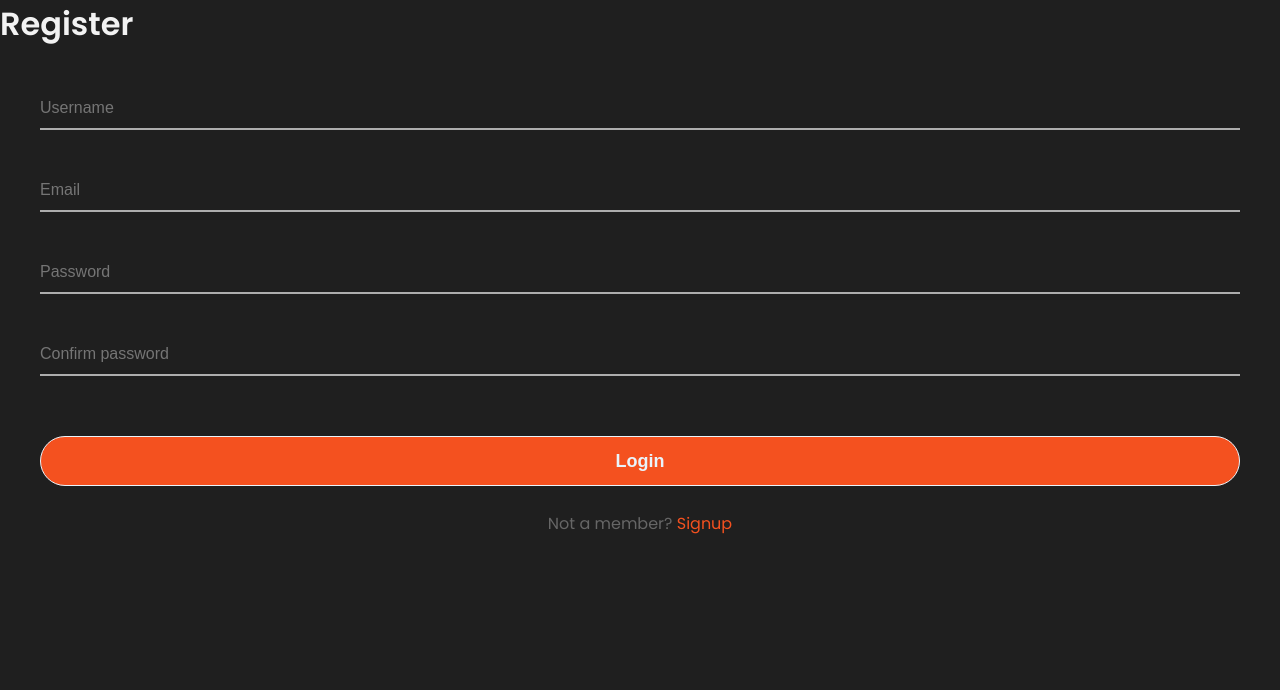
Repository: long5122000/Shopc
Page: register.html
These files come from the project's save history. The page is drawn as it stood at one moment and after the next save; the edit follows.
The browser window is 1280 px wide. The pictures show the whole page.
The style sheet was rebuilt from its Sass, Less or Tailwind sources for each picture, by a compiler version that may differ from the author's.

Above is the page before, as saved 2021-11-30 21:25:55.

### register.html
<!DOCTYPE html>
<html lang="en">
  <head>
    <meta charset="UTF-8" />
    <meta http-equiv="X-UA-Compatible" content="IE=edge" />
    <meta name="viewport" content="width=device-width, initial-scale=1.0" />
    <title>Document</title>
    <link rel="stylesheet" href="./css/app.css" />
  </head>
  <body>
    <div class="container-ds">
      <h1>Register</h1>
      <form>
        <div class="form-control">
          <input type="text" id="username" placeholder="Username" />
          <span></span>
          <small></small>
        </div>
        <div class="form-control">
          <input type="email" id="email" placeholder="Email" />
          <span></span>
          <small></small>
        </div>
        <div class="form-control">
          <input type="password" id="password" placeholder="Password" />
          <span></span>
          <small></small>
        </div>
        <div class="form-control">
          <input
            type="password"
            id="password2"
            placeholder="Confirm password"
          />
          <span></span>
          <small></small>
        </div>
        <input type="submit" value="Login" />
        <div class="signup_link">Not a member? <a href="#">Signup</a></div>
      </form>
    </div>
  </body>
</html>

### sass/app.scss
@import "variables";
@import "reset";
@import "mixin";
@import "base";
@import "header";
@import "cart";
@import "search";
@import "info";
@import "home";
@import "category";
@import "about";
@import "hot";
@import "discount";
@import "new";
@import "newsletter";
@import "footer";
@import "modal";
@import "scroll";
@import "register";
@import "login";
@import "breakpoints";

### sass/_variables.scss
@import url("https://fonts.googleapis.com/css2?family=Poppins:wght@400;500;600;900&display=swap");
:root {
  --header-height: 3.5rem;
  /* Colors */
  --hue: 14;
  --first-color: hsl(var(--hue), 91%, 54%);
  --menu-color: hsl(31, 76%, 74%);
  --button-color: hsl(0, 0%, 24%);
  --button-color-alt: hsl(0, 0%, 28%);
  --title-color: hsl(0, 0%, 95%);
  --text-color: hsl(0, 0%, 75%);
  --body-color: hsl(0, 0%, 12%);
  --container-color: hsl(0, 0%, 16%);
  --border-color: hsl(0, 0%, 20%);
  --border-color: hsl(0, 0%, 94%);
  --dark1: #3e363f;
  --dark2: #212527;
  --light1: #fffce8;
  --light2: #edf7f6;
  --red: #df4747;
  --green: #47df5b;
  --transition250: all 250ms ease-in-out;
  --transition500: all 500ms ease-in-out;
  /* Font and typography */
  --body-font: "Poppins", sans-serif;
  --biggest-font-size: 2rem;
  --h1-font-size: 1.5rem;
  --h2-font-size: 1.25rem;
  --h3-font-size: 1rem;
  --normal-font-size: 0.938rem;
  --small-font-size: 0.813rem;
  /* font weight */
  --font-medium: 500;
  --font-semi-bold: 600;
  --font-black: 900;
  /* margenes bottom */
  --mb-0-25: 0.25rem;
  --mb-0-5: 0.5rem;
  --mb-0-75: 0.75rem;
  --mb-1: 1rem;
  --mb-1-5: 1.5rem;
  --mb-2: 2rem;
  --mb-2-5: 2.5rem;
  /* z-index */
  --z-tooltip: 10;
  --z-fixed: 100;

  @media screen and (min-width: 992px) {
    --biggest-font-size: 4rem;
    --h1-font-size: 2.25rem;
    --h2-font-size: 1.5rem;
    --h3-font-size: 1.25rem;
    --normal-font-size: 1rem;
    --small-font-size: 0.875rem;
    --smaller-font-size: 0.813rem;
  }
}

/*=============== GOOGLE FONTS ===============*/

### sass/_reset.scss
html {
  box-sizing: border-box;
}
* {
  margin: 0;
  padding: 0;
}
*,
*:before,
*:after {
  box-sizing: border-box;
}
input,
textarea,
select,
button {
  outline: none;
  border: none;
}
input {
  line-height: normal;
}
label,
button {
  cursor: pointer;
}
a {
  text-decoration: none;
}
img {
  display: block;
  max-width: 100%;
}

### sass/_mixin.scss
@mixin flex(
  $align: flex-start,
  $justify: flex-start,
  $wrap: nowrap,
  $dir: row
) {
  display: flex;
  justify-content: $justify;
  align-items: $align;
  flex-wrap: $wrap;
  flex-direction: $dir;
}
@mixin maxw($breakpoint) {
  @media screen and (max-width: $breakpoint) {
    @content;
  }
}
@mixin minw($breakpoint) {
  @media screen and (min-width: $breakpoint) {
    @content;
  }
}
@mixin center {
  display: flex;
  justify-content: center;
  align-items: center;
}

### sass/_base.scss
* {
  box-sizing: border-box;
  padding: 0;
  margin: 0;
}
html {
  scroll-behavior: smooth;
}
body {
  margin: var(--header-height) 0 0 0;
  font-family: var(--body-font);
  font-size: var(--normal-font-size);
  background: var(--body-color);
  color: var(--text-color);
}
h1,
h2,
h3,
h4 {
  color: var(--title-color);
  font-weight: var(--font-semi-bold);
}
ul {
  list-style: none;
}
.section {
  padding: 4.5rem 0 2rem;
}
.section__title {
  font-size: var(--h2-font-size);
  margin-bottom: var(--mb2);
  text-align: center;
}
.container {
  max-width: 1240px;
  margin-left: var(--mb-1-5);
  margin-right: var(--mb-1-5);
}
.grid {
  display: grid;
}
.main {
  overflow: hidden;
}
::-webkit-scrollbar {
  width: 0.6rem;
  background: #413e3e;
}
::-webkit-scrollbar-thumb {
  background: #272525;
  border-radius: 0.5rem;
}
.button {
  display: inline-block;
  background-color: var(--first-color);
  color: var(--title-color);
  padding: 1rem 1.75rem;
  border-radius: 0.5rem;
  font-weight: var(--font-medium);
  transition: 0.3s;
  &:hover {
    background-color: var(--first-color-alt);
  }
  &--ghost {
    border: 2px solid;
    background-color: transparent;
    border-radius: 3rem;
    padding: 0.75rem 1.5rem;
    &:hover {
      background: none;
    }
  }
  &__icon {
    font-size: 1.25rem;
  }
  &--link {
    color: var(--title-color);
  }
  &--flex {
    display: inline-flex;
    align-items: center;
    column-gap: 0.5rem;
  }
}

### sass/_header.scss
.header {
  width: 100%;
  background: var(--body-color);
  position: fixed;
  top: 0;
  left: 0;
  z-index: var(--z-fixed);
}
.nav {
  height: var(--header-height);
  @include flex(center, space-between);
  &__logo {
    @include flex(center);
    column-gap: 0.5rem;
    font-weight: var(--font-medium);
    &-img {
      width: 1.25rem;
    }
  }
  &__link,
  &__logo,
  &__toggle,
  &__close {
    color: var(--title-color);
  }
  &__toggle {
    font-size: 1.25rem;
    cursor: pointer;
  }
  @include maxw(767px) {
    &__menu {
      position: fixed;
      width: 100%;
      background: var(--container-color);
      top: -150%;
      left: 0;
      padding: 3.5rem 0;
      transition: 0.4s;
      z-index: var(--z-fixed);
      border-radius: 0 0 1.5rem 1.5rem;
    }
  }
  &__img {
    width: 100px;
    position: absolute;
    top: 0;
    left: 0;
  }
  &__close {
    font-size: 1.8rem;
    position: absolute;
    top: 0.5rem;
    right: 0.7rem;
    cursor: pointer;
  }
  &__list {
    @include flex(center, flex-start, nowrap, column);
    row-gap: 1.5rem;
  }
  &__link {
    text-transform: uppercase;
    font-weight: var(--font-black);
    transition: 0.4;
    &:hover {
      color: var(--text-color);
    }
  }
  &__btns {
    display: flex;
    font-size: var(--h2-font-size);
    gap: 0 20px;
  }
  &__shop {
    font-size: 1.25rem;
    cursor: pointer;
  }
}

.show-menu {
  top: 0;
}

.active {
  &-link {
    position: relative;
    &::before {
      content: "";
      position: absolute;
      bottom: -0.75rem;
      left: 45%;
      width: 5px;
      height: 5px;
      background-color: var(--title-color);
      border-radius: 50%;
    }
  }
}

### sass/_cart.scss
/*=============== CART ===============*/
.cart {
  position: fixed;
  background-color: rgb(59, 59, 59);
  z-index: var(--z-fixed);
  width: 100%;
  height: 100%;
  top: 0;
  right: -100%;
  padding: 3.5rem 2rem;
  transition: 0.4s;
  overflow-y: scroll;

  &__title-center {
    font-size: var(--h2-font-size);
    text-align: center;
    margin-bottom: var(--mb-3);
  }

  &__close {
    font-size: 2rem;
    color: var(--title-color);
    position: absolute;
    top: 1.25rem;
    right: 0.9rem;
    cursor: pointer;
  }

  &__container {
    display: grid;
    row-gap: 1.5rem;
  }

  &__card {
    display: flex;
    align-items: center;
    column-gap: 1rem;
  }
  &__box {
    background-color: var(--container-color);
    padding: 0.75rem 1.25rem;
    border: 1px solid #5c5c5c;
  }
  &__img {
    width: 50px;
  }
  &__title {
    font-size: var(--normal-font-size);
    margin-bottom: 0.5rem;
  }
  &__price {
    display: block;
    font-size: var(--small-font-size);
    color: var(--menu-color);
    margin-bottom: var(--mb-1-5);
  }
  &__amount,
  &__amount-content {
    display: flex;
    align-items: center;
  }
  &__amount {
    column-gap: 3rem;

    &-content {
      column-gap: 1rem;
    }
    &-box {
      display: inline-flex;
      padding: 0.25rem;
      background-color: var(--container-color);
      border: 1px solid var(--border-color);
      cursor: pointer;
    }
    &-trash {
      font-size: 1.15rem;
      color: var(--menu-color);
      cursor: pointer;
    }
  }
  &__prices {
    margin-top: 6rem;
    display: flex;
    justify-content: space-between;

    &-item,
    &-total {
      color: var(--title-color);
    }
    &-item {
      font-size: var(--small-font-size);
    }
    &-total {
      font-size: var(--h3-font-size);
      font-weight: var(--font-medium);
    }
  }
  &::-webkit-scrollbar {
    display: none;
  }
}

/* Show cart */
.show-cart {
  right: 0;
}

### sass/_search.scss
.search-box {
  width: 1px;
  height: 30px;
  background-color: rgb(88, 88, 88);
  position: relative;

  transition: all 0.5s ease;
  border-radius: 15px;
}

.search-box.open {
  width: 220px;
}

.search-input {
  width: 100%;
  height: 100%;
  border: none;
  box-shadow: none;
  background: transparent;
  color: #fff;
  padding: 20px 20px;
  font-size: 20px;
}

.search-btn {
  color: rgba(191, 191, 191);
  outline: none;
  border: none;

  position: absolute;
  right: -0;
  top: 0;
  cursor: pointer;
  font-size: 25px;
  background-color: transparent;
}

### sass/_info.scss
.info {
  position: fixed;
  background-color: rgb(59, 59, 59);
  z-index: var(--z-fixed);
  width: 100%;
  height: 100%;
  top: 0;
  right: -100%;
  padding: 5.5rem 1rem;
  transition: 0.4s;
  overflow-y: scroll;
  &__close {
    font-size: 2rem;
    color: var(--title-color);
    position: absolute;
    top: 1.25rem;
    right: 0.9rem;
    cursor: pointer;
  }
}
.show-info {
  right: 0;
}

### sass/_home.scss
.home {
  &__content {
    row-gap: 1rem;
  }
  &__group {
    display: grid;
    position: relative;
    padding-top: 2rem;
  }
  &__image {
    height: 250px;
    justify-self: center;
  }
  &__indicator {
    width: 8px;
    height: 8px;
    background-color: var(--title-color);
    border-radius: 50%;
    position: absolute;
    top: 7rem;
    right: 2rem;
    &::after {
      content: "";
      position: absolute;
      width: 1px;
      height: 48px;
      background-color: var(--title-color);
      top: -3rem;
      right: 45%;
    }
  }
  &__details {
    &-img {
      position: absolute;
      right: 0.5rem;
    }
    &-title,
    &-subtitle {
      display: block;
      font-size: var(--small-font-size);
      text-align: right;
    }
  }
  &__subtitle {
    font-size: var(--h3-font-size);
    text-transform: uppercase;
    margin-bottom: var(--mb-1);
  }
  &__title {
    font-size: var(--biggest-font-size);
    font-weight: var(--font-black);
    line-height: 109%;
    margin-bottom: var(--mb-1);
  }
  &__description {
    margin-bottom: var(--mb-1);
  }
  &__buttons {
    @include flex(center, space-between);
  }
}

.swiper {
  &-pagination {
    position: initial;
    margin-top: var(--mb-1);
    &-bullet {
      width: 5px;
      height: 5px;
      background-color: var(--title-color);
      opacity: 1;
    }
  }
}
.swiper-pagination-horizontal.swiper-pagination-bullets .swiper-pagination-bullet {
  margin: 0 0.5rem;
}
.swiper-pagination-bullet-active {
  width: 1.5rem;
  height: 5px;
  border-radius: 0.5rem;
}

### sass/_category.scss
.category {
  &__container {
    grid-template-columns: repeat(2, 1fr);
    gap: 1rem 2rem;
  }
  &__data {
    text-align: center;
  }
  &__image {
    width: 120px;
    margin: 0 auto;
    transition: 0.3s;
  }
  &__title {
    margin-bottom: var(--mb-0-25);
  }
  &__data:hover {
    .category {
      &__image {
        transform: translateY(-0.5rem);
      }
    }
  }
}
.scroll {
  &-header {
    background: var(--container-color);
  }
}

### sass/_about.scss
.about {
  &__container {
    row-gap: 2rem;
  }
  &__data {
    text-align: center;
  }
  &__description {
    margin-bottom: var(--mb-2);
  }
  &__image {
    width: 200px;
    justify-self: center;
  }
}

### sass/_hot.scss
.hot {
  &__container {
    grid-template-columns: repeat(2, 1fr);
    gap: 1.5rem;
    padding: 1rem;
  }
  &__content {
    position: relative;
    background: var(--container-color);
    border-radius: 1rem;
    padding: 1.5rem 0 1rem 0;
    text-align: center;
    overflow: hidden;

    &:hover .hot__image {
      transform: translateY(-0.5rem);
    }
    &:hover .hot__button {
      right: 0;
    }
  }
  &__image {
    width: 90px;
    transition: 0.3s;
    margin: 0 auto;
  }
  &__subtitle,
  &__price {
    display: block;
  }
  &__subtitle {
    font-size: var(--smaller-font-size);
    margin-bottom: var(--mb-0-5);
  }
  &__title,
  &__price {
    color: var(--title-color);
    font-weight: var(--font-medium);
    font-size: var(--normal-font-size);
  }
  &__button {
    display: flex;
    flex-direction: column;
    gap: 5px 0;
    padding: 0.5rem;
    border-radius: 0.25rem 0.25rem 0.75rem 0.25rem;
    position: absolute;
    right: -3rem;
    bottom: 0;
  }
  &__icon {
    font-size: 1.25rem;
    color: var(--title-color);
    &--bt {
      border-bottom: 1px solid gray;
      padding-bottom: 4px;
    }
    &:hover {
      color: var(--first-color);
    }
  }
}

### sass/_discount.scss
.discount {
  &__container {
    background: var(--container-color);
    border-radius: 1rem;
    padding: 2.5rem 0 1.5rem;
    row-gap: 0.75rem;
  }
  &__data {
    text-align: center;
  }
  &__title {
    font-size: var(--h2-font-size);
    margin-bottom: var(--mb-2);
  }
  &__image {
    width: 200px;
    justify-self: center;
  }
}

### sass/_new.scss
.new {
  &__container {
    padding-top: 1rem;
  }
  &__image {
    width: 120px;
    height: 120px;
    transition: 0.3s;
    margin: 0 auto;
    margin-bottom: var(--mb-0-5);
  }
  &__content {
    position: relative;
    background: var(--container-color);
    width: 242px;
    padding: 2rem 0 1.5rem 0;
    border-radius: 0.75rem;
    text-align: center;
    overflow: hidden;

    &:hover .new__image {
      transform: translateY(-0.5rem);
    }
    &:hover .new__button {
      right: 0;
    }
  }
  &__tag {
    position: absolute;
    top: 8%;
    left: 8%;
    background-color: var(--first-color);
    color: var(--title-color);
    font-size: var(--small-font-size);
    padding: 0.25rem 0.5rem;
    border-radius: 0.25rem;
  }
  &__title {
    font-size: var(--normal-font-size);
    font-weight: var(--font-medium);
  }
  &__subtitle {
    display: block;
    font-size: (--small-font-size);
    margin-bottom: var(--mb-0-5);
  }
  &__prices {
    display: inline-flex;
    align-items: center;
    column-gap: 0.5rem;
  }
  &__price {
    font-weight: var(--font-medium);
    color: var(--title-color);
  }
  &__discount {
    color: var(--first-color);
    font-size: var(--small-font-size);
    text-decoration: line-through;
    font-weight: var(--font-medium);
  }
  &__button {
    display: flex;
    flex-direction: column;
    gap: 5px 0;
    padding: 0.5rem;
    border-radius: 0.25rem 0.25rem 0.75rem 0.25rem;
    position: absolute;
    bottom: 0;
    right: -3rem;
  }

  &__icon {
    font-size: 1.25rem;
    color: var(--title-color);
    &--bt {
      border-bottom: 1px solid gray;
      padding-bottom: 4px;
    }
    &:hover {
      color: var(--first-color);
    }
  }
}

### sass/_newsletter.scss
.newsletter {
  &__description {
    text-align: center;
    margin-bottom: var(--mb-1-5);
  }
  &__form {
    background: var(--container-color);
    padding: 1rem;
    @include flex(center, space-between);
    // display: flex;
    // justify-content: space-between;
    border-radius: 0.75rem;
  }
  &__input {
    width: 70%;
    padding: 0 0.5rem;
    background: none;
    color: var(--title-color);
    &::placeholder {
      color: var(--text-color);
    }
  }
}

### sass/_footer.scss
.footer {
  position: relative;
  overflow: hidden;
  &__image {
    &-one,
    &-two {
      position: absolute;
      transition: 0.3s;
      &:hover {
        transform: translateY(-0.5rem);
      }
    }
    &-one {
      width: 100px;
      top: 6rem;
      right: -2rem;
    }
    &-two {
      width: 150px;
      bottom: 4rem;
      right: 4rem;
    }
  }
  &__container {
    row-gap: 2rem;
  }
  &__logo {
    @include flex(center);
    column-gap: 0.5rem;
    margin-bottom: var(--mb-1);
    font-weight: var(--font-medium);
    color: var(--title-color);
    &-image {
      width: 20px;
    }
  }
  &__description {
    margin-bottom: var(--mb-2-5);
  }
  &__social {
    display: flex;
    column-gap: 0.75rem;
    &-link {
      display: inline-flex;
      background: var(--container-color);
      padding: 0.25rem;
      border-radius: 0.25rem;
      color: var(--title-color);
      font-size: 1rem;
      &:hover {
        background: var(--body-color);
      }
    }
  }
  &__title {
    font-size: var(--h3-font-size);
    margin-bottom: var(--mb-1);
  }
  &__links {
    display: grid;
    row-gap: 0.35rem;
  }
  &__link {
    font-size: var(--small-font-size);
    color: var(--text-color);
    transition: 0.3s;
    &:hover {
      color: var(--title-color);
    }
  }
  &__copy {
    display: block;
    text-align: center;
    font-size: var(--smaller-font-size);
    margin-top: 4.5rem;
  }
}

### sass/_modal.scss
.modal {
  position: fixed;
  top: 0;
  height: 100%;
  width: 100%;
  background: var(--container-color);
  transition: var(--transition250);
  opacity: 0;
  visibility: hidden;
  z-index: 100;
  border-radius: 8px;
  &__main {
    display: grid;
    grid-template-columns: 1fr;
    padding: 0 10px;
  }
  &__image {
    height: 100%;
    width: 100%;
    margin-top: var(--mb-2-5);
  }
  &__title {
    font-size: var(--h1-font-size);
    text-align: center;
    margin-top: var(--mb-2);
    margin-bottom: var(--mb-1-5);
  }
  &__desc {
    margin-bottom: var(--mb-1-5);
  }
  &__price {
    font-size: var(--h2-font-size);
    color: var(--first-color);
    margin-bottom: var(--mb-1-5);
  }
  &__button {
    text-align: center;
  }
  &__close {
    position: absolute;
    right: 5px;
    top: 5px;
    font-size: 2.5rem;
  }
}
.show-modal {
  opacity: 1;
  visibility: unset;
}

### sass/_scroll.scss
.scrollup {
  position: fixed;
  background: var(--first-color);
  right: 1rem;
  bottom: -20%;
  display: inline-flex;
  padding: 0.3rem;
  border-radius: 0.25rem;
  z-index: var(--z-tooltip);
  opacity: 0.8;
  transition: 0.4s;
  &:hover {
    background: var(--container-color);
    opacity: 1;
  }
  &__icon {
    font-size: 1.2rem;
    color: var(--title-color);
  }
}
.show-scroll {
  bottom: 3rem;
}

### sass/_register.scss
.register {
  &__container {
    position: absolute;
    top: 50%;
    left: 50%;
    transform: translate(-50%, -50%);
    width: 400px;
    background: white;
    border-radius: 10px;
    box-shadow: 0px 0px 15px rgba(0, 0, 0, 0.05);
  }
  &__title {
    text-align: center;
    padding-top: 20px;
    color: var(--first-color);
  }
}
form {
  padding: 0 40px;
}
.form-control {
  position: relative;
  border-bottom: 2px solid #adadad;
  margin: 40px 0;
}

.form-control.success {
  border-bottom-color: var(--first-color);
}

.form-control.error {
  border-bottom-color: #e74c3c;
}

.form-control input {
  width: 100%;
  height: 40px;
  font-size: 16px;
  border: none;
  background: none;
  outline: none;
}

small {
  position: absolute;
  left: 0;
  top: 100%;
  margin-top: 3px;
  color: #e74c3c;
}

.form-control span::before {
  content: "";
  position: absolute;
  top: 40px;
  left: 0;
  width: 0%;
  height: 2px;
  background: var(--first-color);
  transition: 0.3s;
}

.form-control input:focus ~ span::before {
  width: 100%;
}

input[type="submit"] {
  margin-top: 20px;
  width: 100%;
  height: 50px;
  border: 1px solid;
  background: var(--first-color);
  border-radius: 25px;
  font-size: 18px;
  color: #e9f4fb;
  font-weight: 700;
  cursor: pointer;
  outline: none;
  transition: 0.5s;
}

input[type="submit"]:hover {
  background-color: #fc7b6d;
}

.signup_link {
  margin: 25px 0;
  text-align: center;
  font-size: 16px;
  color: #666666;
}

.signup_link a {
  color: var(--first-color);
  text-decoration: none;
}

.signup_link a:hover {
  text-decoration: underline;
}

Loaded but not shown: sass/_breakpoints.scss (355 lines, source omitted); sass/_login.scss (no stored copy; drawn as an empty file)

After the next save:
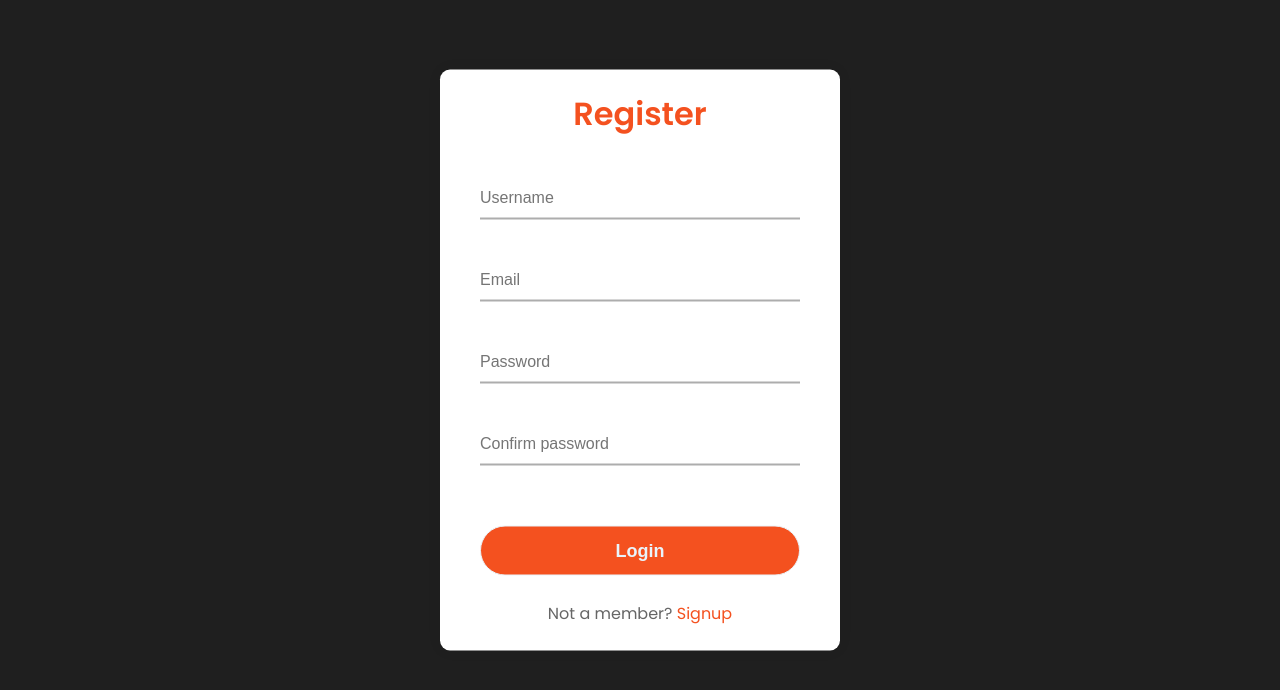
Saved 58 s later.
--- a/register.html
+++ b/register.html
@@ -8,8 +8,8 @@
     <link rel="stylesheet" href="./css/app.css" />
   </head>
   <body>
-    <div class="container-ds">
-      <h1>Register</h1>
+    <div class="register__container">
+      <h1 class="register__title">Register</h1>
       <form>
         <div class="form-control">
           <input type="text" id="username" placeholder="Username" />

After the save that followed:
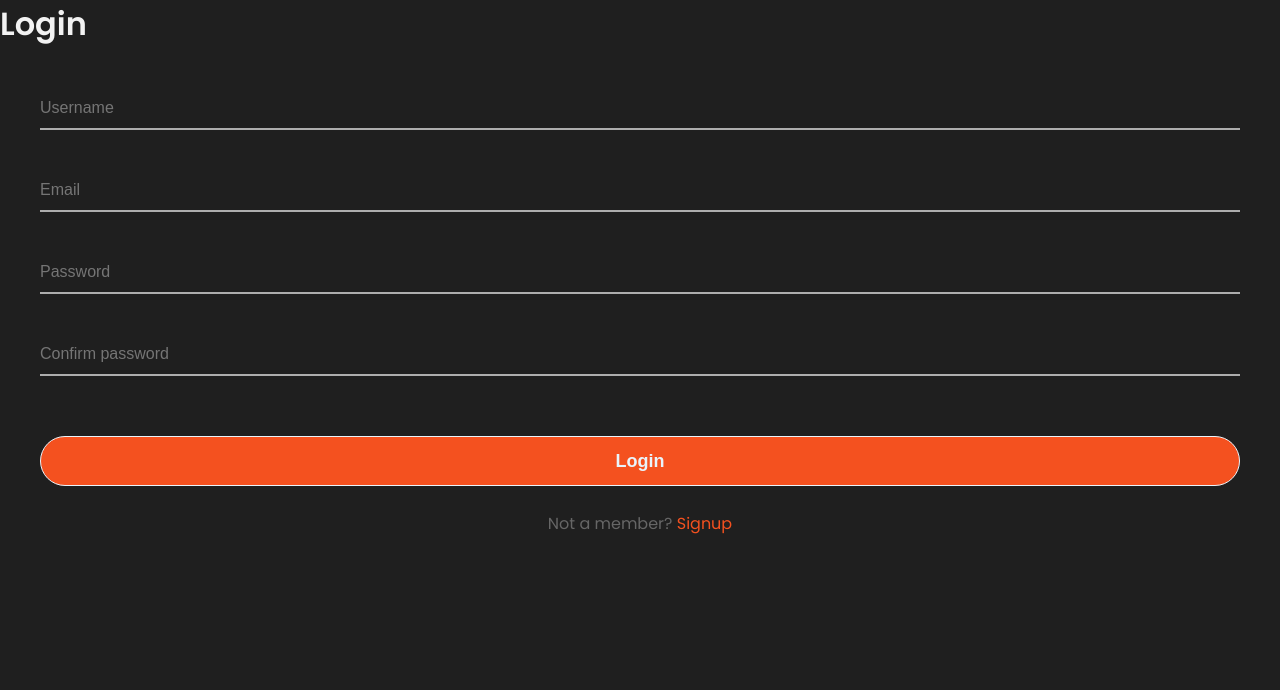
Saved 42 s later.
--- a/register.html
+++ b/register.html
@@ -8,8 +8,8 @@
     <link rel="stylesheet" href="./css/app.css" />
   </head>
   <body>
-    <div class="register__container">
-      <h1 class="register__title">Register</h1>
+    <div class="jogin__container">
+      <h1 class="login__title">Login</h1>
       <form>
         <div class="form-control">
           <input type="text" id="username" placeholder="Username" />
